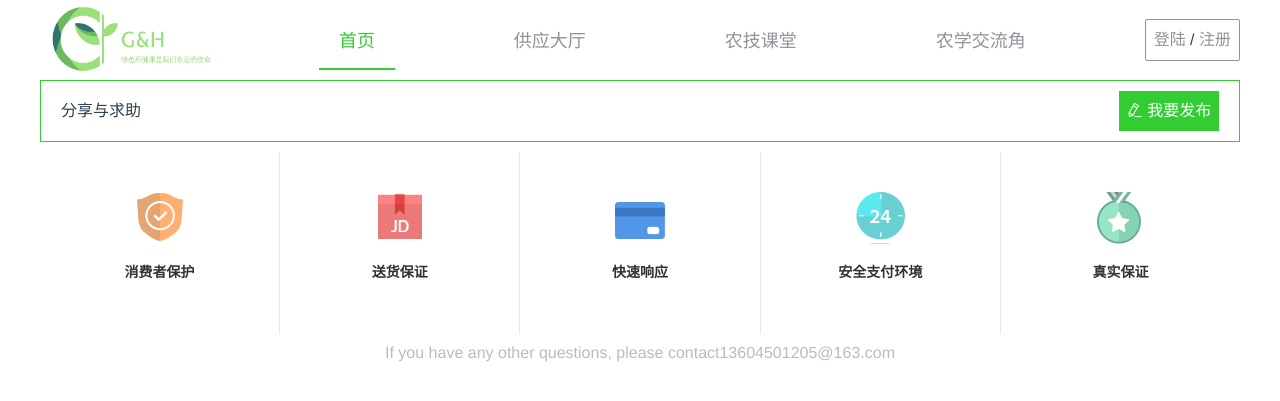
Repository: Miraitowa007/neau
Page: /communication
These files come from the project's save history. The page is drawn as it stood at one moment and after the next save; the edit follows.
The browser window is 1280 px wide. The pictures show the whole page.
The project was rebuilt for these pictures with package versions that can differ from the ones it lists, and the page was loaded fresh each time. Also part of the build but not shown: vue.config.js, src/views/home/index.vue, src/views/login/index.vue, src/views/sale/index.vue, src/views/class/index.vue.

Above is the page before, as saved 2021-04-30 11:13:43.

### src/main.js
import Vue from 'vue'
import App from './App.vue'
import router from './router'
import ElementUI from 'element-ui';
import 'element-ui/lib/theme-chalk/index.css';
import '@/style/normalize.css'
import store from './store'
import api from './api/index'

Vue.use(ElementUI);
Vue.use(api);
Vue.config.productionTip = false

new Vue({
  router,
  store,
  render: h => h(App)
}).$mount('#app')

### src/App.vue
<template>
  <div id="app">
    <web-header></web-header>
    <router-view></router-view>
    <bottom></bottom>
  </div>
</template>

<script>
import WebHeader from './components/webheader.vue'
import Bottom from './components/bottom.vue'

export default {
  name: 'App',
  components: {
    WebHeader,
    Bottom
  }
}
</script>

<style lang="scss">
#app {
  font-family: Avenir, Helvetica, Arial, sans-serif;
  -webkit-font-smoothing: antialiased;
  -moz-osx-font-smoothing: grayscale;
  text-align: center;
  color: #2c3e50;
}
</style>

### src/router.js
import Vue from 'vue'
import Router from 'vue-router'
import Home from './views/home'
import Login from './views/login'
import Sale from './views/sale'
import Communication from './views/communication'
import Class from './views/class'
Vue.use(Router)

export default new Router({
    mode:'history',
    routes:[
        {
            path:'/',
            name:'index',
            redirect: '/index',
            meta:{}
        },
        {
            path:'/index',
            name:'home',
            component:Home,
            meta:{}
        },
        {
            path:'/sale',
            name:'sale',
            component:Sale,
            meta:{},
        },
        {
            path:'/sale/detail',
            name:'product_detail',
            component:()=>import('./views/sale/details')
        },
        {
            path:'/class',
            name:'class',
            component:Class,
            meta:{}
        },
        {
            path:'/communication',
            name:'communication',
            component:Communication,
            meta:{}
        },
        {
            path:'/login',
            name:'login',
            component:Login,
            meta:{}
        }
    ]
})

### src/store.js
import Vue from 'vue';
import Vuex from 'vuex';
Vue.use(Vuex);
export default new Vuex.Store({
    state:{
        isLogin:false,
        userName:''
    },
    mutations:{
        getUserName(state,name){
            state.userName=name
        }
    },
    actions:{

    },
    getters:{
        getIsLogin(state){
            return state.isLogin
        },
        getUserName(state){
            return state.userName
        }
    }
})

### src/api/index.js
import * as api_product from './productList'
import * as api_news from './newsList'

const apiObj = {
  api_product,
  api_news
}

const install = function (Vue) {
  if (install.installed) return
  install.installed = true

  //定义属性到Vue原型中
  Object.defineProperties(Vue.prototype, {
    $fetch: {
      get() {
        return apiObj
      }
    }
  })
}

export default {
  install
}

### src/components/webheader.vue
<template>
    <div class="webHeader">
        <router-link to="/index" class="logo">
            <img src="@/assets/images/logo.jpg" alt="" srcset="" >
        </router-link>
        <el-menu :default-active="activeIndex" class="el-menu-demo" mode="horizontal" @select="handleSelect" active-text-color="#32CD32">
            <el-menu-item index="1">
                <router-link to="/index">
                    首页
                </router-link>
            </el-menu-item>
            <el-menu-item index="2">
                <router-link to="/sale">
                    供应大厅
                </router-link>
            </el-menu-item>
            <el-menu-item index="3">
                <router-link to="/class">
                    农技课堂
                </router-link>
            </el-menu-item>
            <el-menu-item index="4">
                <router-link to="/communication">
                    农学交流角
                </router-link>
            </el-menu-item>
        </el-menu>
        <div v-if="!getIsLogin" class="login">
            <router-link to="/communication">
                登陆
            </router-link>
            <span>/</span>
            <router-link to="/communication">
                注册
            </router-link>
        </div>
        <div v-else>
            <el-dropdown>
                <span class="el-dropdown-link">
                    {{getUserName}}<i class="el-icon-arrow-down el-icon--right"></i>
                </span>
                <el-dropdown-menu slot="dropdown">
                    <el-dropdown-item>
                        退出登陆
                    </el-dropdown-item>
                </el-dropdown-menu>
                </el-dropdown>
        </div>
    </div>
</template>
<script>
import {mapGetters} from 'vuex'
export default {
    name:'WebHeader',
    data(){
        return{
            activeIndex:'1'
        }
    },
    methods:{
        handleSelect(){

        }
    },
    computed:{
        ...mapGetters(['getIsLogin','getUserName'])
    }
}
</script>
<style lang="scss" scoped>
    .webHeader{
        width:1200px;
        height: 80px;
        line-height: 80px;
        display: flex;
        align-items: center;
        margin: 0 auto;
        .logo{
            width: 180px;
            height: 80px;
            line-height: 80px;
            img{
                width: 180px;
                height: 80px;
                line-height: 80px;
            }
        }
        .el-menu-demo{
            height: 80px;
            line-height: 80px;
            background-color: #ffffff;
            border: none;
            flex-grow: 1;
            display: flex;
            align-items: center;
            justify-content: space-between;;
            text-decoration: none;
            .el-menu-item{
                font-size: 18px;
                color: #909399;
            }
        }
        .login{
            height: 40px;
            text-align: center;
            line-height: 40px;
            padding: 0 8px;
            border: 1px solid #909399;
            border-radius: 2px;
            overflow: hidden;
            a{
                color:#909399
            }
        }
    }
</style>

### src/components/bottom.vue
<template>
    <div>
        <ul class="statement">
            <li >
                <div class="protection"></div>
                <div class="title">消费者保护</div>
            </li>
            <li >
                <div class="divery"></div>
                <div class="title">送货保证</div>
            </li>
            <li >
                <div class="response"></div>
                <div class="title">快速响应</div>
            </li>
            <li >
                <div class="pay"></div>
                <div class="title">安全支付环境</div>
            </li>
            <li >
                <div class="Guarantee"></div>
                <div class="title">真实保证</div>
            </li>
        </ul>
        <div class="bottom">If you have any other questions, please contact13604501205@163.com</div>
    </div>
</template>
<script>
export default {
    name:'bottom',
    data(){
        return {

        }
    }
}
</script>
<style lang="scss" scoped>
.statement{
    width: 1200px;
    margin: 10px auto;
    display: flex;
    justify-content: space-around;
    li{
        border-right: 1px solid #e9e9e9;
        width: 240px;
        height: 182px;
        float: left;
        text-align: center;
        &:last-child{
            border: none;
        }
    }
    .title{
        color: #333;
        font-size: 14px;
        margin-top: 20px;
        display: block;
        font-weight: 700;
    }
    .protection{
        width: 50px;
        height: 52px;
        background: url('../assets/images/icon_sprite.png');
        margin: 40px auto 0;
    }
    .divery{
        width: 50px;
        height: 52px;
        background: url('../assets/images/icon_sprite.png');
        margin: 40px auto 0;
        background-position: 0 -64px
    }
    .response{
        width: 50px;
        height: 52px;
        background: url('../assets/images/icon_sprite.png');
        margin: 40px auto 0;
        background-position: 0 -114px
    }
    .pay{
        width: 50px;
        height: 52px;
        background: url('../assets/images/icon_sprite.png');
        margin: 40px auto 0;
        background-position: 0 -168px
    }
    .Guarantee{
        width: 50px;
        height: 52px;
        background: url('../assets/images/icon_sprite.png');
        margin: 40px auto 0;
        background-position: 0 -220px;
    }
}
.bottom{
    margin: 0 auto 15px;
    color: #bbb;
    font-size: 16px;
}
</style>

### src/views/communication/index.vue
<template>
    <div class="communication">
        <header class="header">
            <div class="share">分享与求助</div>
            <button class="publish">
                <i class="el-icon-edit"></i>
                我要发布
            </button>
        </header>
    </div>
</template>

<script>
export default {

}
</script>

<style lang="scss" scoped>
.communication{
    width: 1200px;
    margin: 0 auto;
    .header{
        height: 60px;
        line-height: 60px;
        margin: 0 auto;
        display: flex;
        border: 1px solid #32CD32;
        box-shadow: 0px 0px 5pxrgb(58, 58, 66);
        position: relative;
        .share{
            margin-left: 20px;
        }
        .publish{
            width: 100px;
            height: 40px;
            border: none;
            position: absolute;
            top:10px;
            right: 20px;
            background: #32CD32;
            color: #fff;
        }
    }
}
</style>

### src/api/productList.js
import fetch from '../common'
export function getProductList(params){
    return fetch({
        url: `/list`,
        method: 'get',
        params
    })
}

### src/api/newsList.js
import fetch from '../common'
export function getNewsList(params){
    return fetch({
        url: `/articleList`,
        method: 'get',
        params
    })
}

### src/common/index.js
/*
 * @Author: ShiJInMing
 * @Date: 2021-04-28 16:34:49
 * @LastEditors: ShiJInMing
 * @LastEditTime: 2021-04-28 17:08:50
 */
import axios from 'axios'
// import router from 'src/router'
import { server_base_url } from '../../src/config/index'

//添加一个响应拦截器
axios.interceptors.response.use(function (res) {
    return res;
}, function (error) {
  let data = error.response.data;
  if (data.code == 20001) {
    let currentUrl = window.location.href;
    window.location = data.data.loginUrl + '?returnUrl=' + currentUrl;

  } else {
    return Promise.reject(error);
  }
})
export default function fetch(options) {
    return new Promise((resolve, reject) => {
        let arrHeader
        arrHeader = { 'Content-Type': 'application/json;charset=utf-8' }
        //创建一个axios实例
        const instance = axios.create({
        //设置默认根地址
        // baseURL: process.env.VUE_APP_BASE_API,
        baseURL: server_base_url,
        //设置请求超时设置
        timeout: 30000,
        //设置请求时的header
        headers: arrHeader,
        //允许跨域携带cookie
        withCredentials: true
        })

        //请求处理
        instance(options)
        .then((res) => {
            //请求成功时,根据业务判断状态
            if (res.data) {
            resolve(res.data)
            return false
            }
            else {
            resolve(res.data);
            return false
            }
        })
        .catch((error) => {
            //请求失败时,根据业务判断状态
            if (error.response) {
            if (error.response.status === 401) {
                // let currentUrl = encodeURIComponent(window.location.href)
                window.location = 'http://idssa.jd.com/sso/login?' + 'ReturnUrl=' + 'http://oper.jd.id'
            }
            reject(error.data)
            }
        })
    })
}

### src/config/index.js
/*
 * @Author: ShiJInMing
 * @Date: 2021-04-28 16:45:07
 * @LastEditors: ShiJInMing
 * @LastEditTime: 2021-04-28 17:09:11
 */
export const server_base_url = 'http://easy-mock.jd.com/mock/5feb2feb7226a9f39b3b1b7d/example'

Loaded but not shown: public/index.html (common file); src/style/normalize.css (library)

After the next save:
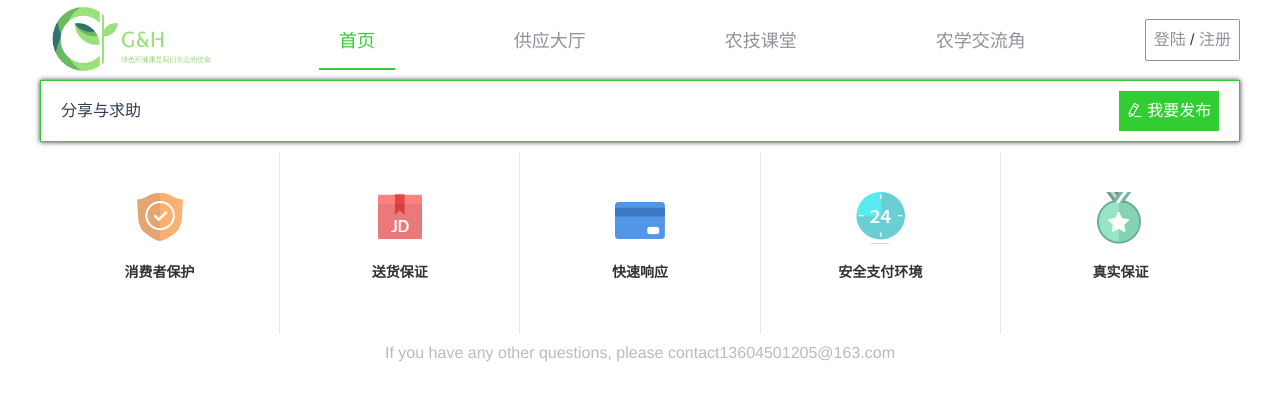
Saved 6 min 43 s later.
--- a/src/views/communication/index.vue
+++ b/src/views/communication/index.vue
@@ -26,7 +26,7 @@
         margin: 0 auto;
         display: flex;
         border: 1px solid #32CD32;
-        box-shadow: 0px 0px 5pxrgb(58, 58, 66);
+        box-shadow: 0px 0px 5px rgb(58, 58, 66);
         position: relative;
         .share{
             margin-left: 20px;
